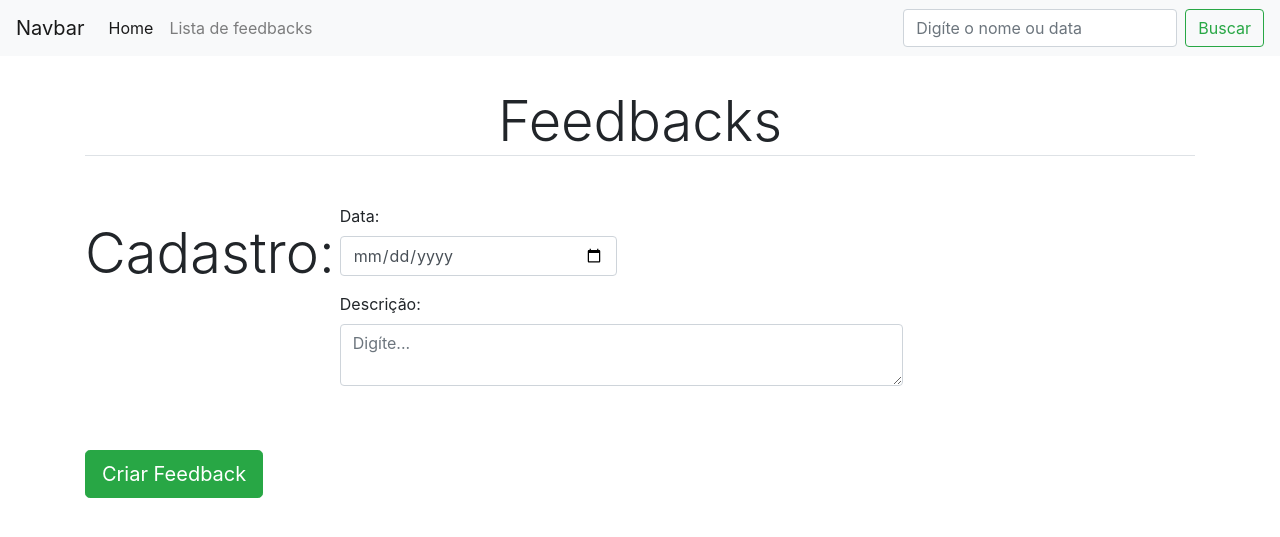
Repository: JulioSantooz/maisViagensSegundaVersao
Page: java-web(eclipse)/java-crud-mais-viagens/src/main/webapp/descricao.html
The author's editor kept a copy of each file at every save. The page is drawn from the files as they stood at one save, then again after the next save.
The browser window is 1280 px wide. The pictures show the whole page.
Some web libraries are served in a nearby version.

Above is the page before, as saved 2022-02-06 15:19:53.

After the next save:
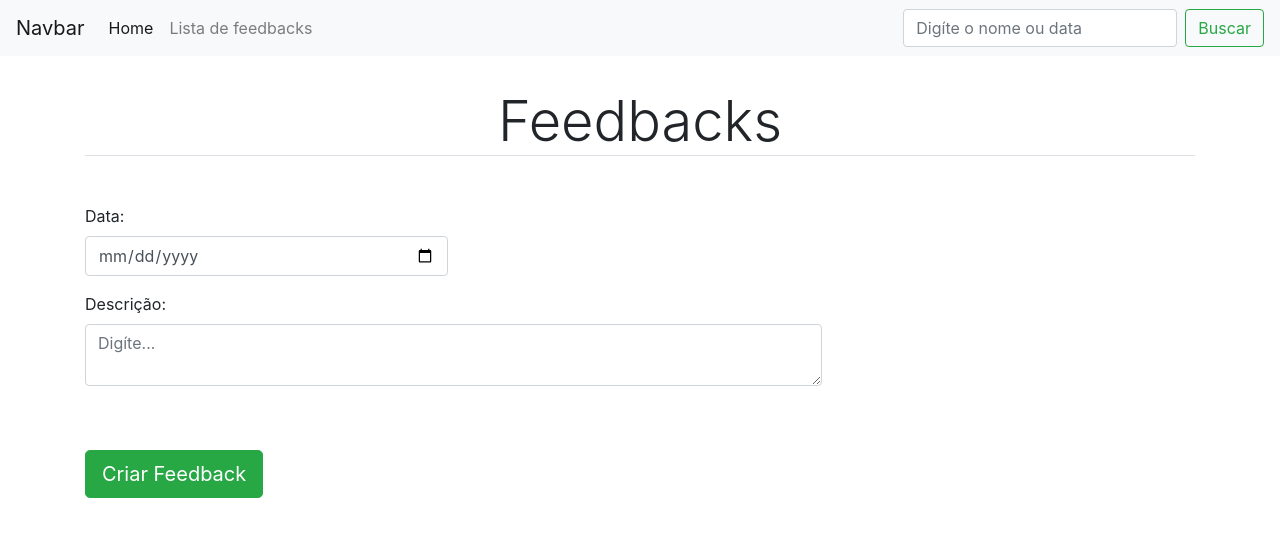
Saved 13 s later.
--- a/java-web(eclipse)/java-crud-mais-viagens/src/main/webapp/descricao.html
+++ b/java-web(eclipse)/java-crud-mais-viagens/src/main/webapp/descricao.html
@@ -33,7 +33,6 @@
 	<div class="row">
 		<div class="col-12">
 			<h1 class="display-4 my-3 border-bottom">Feedbacks</h1>
-			<h1 class="display-4 my-5 float-left">Cadastro:</h1>
 			<form action="CreateAndFind" method="POST">
                 <div class="form-row mt-5 d-flex flex-column">
                     <div class="form-group col-4">
